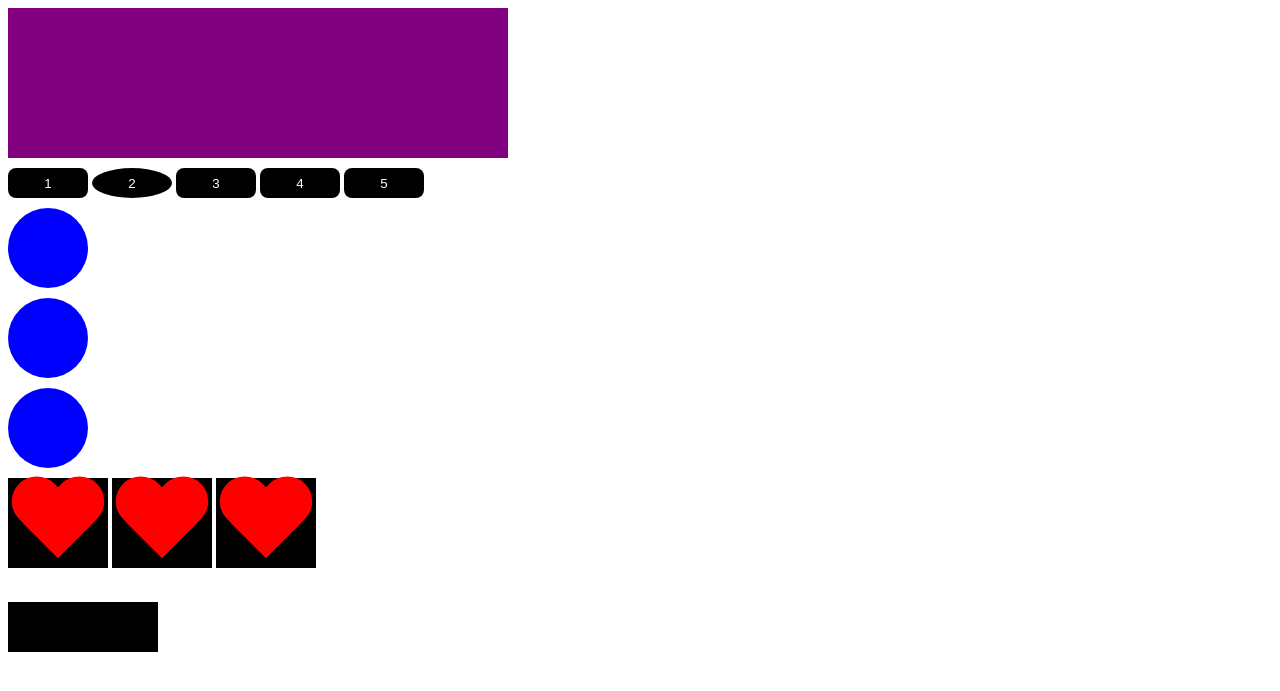
Repository: armus503/First_homework
Page: index2.html
The author's editor kept a copy of each file at every save. The page is drawn from the files as they stood at one save, then again after the next save.
The browser window is 1280 px wide. The pictures show the whole page.

Above is the page before, as saved 2021-08-26 20:33:14.

After the next save:
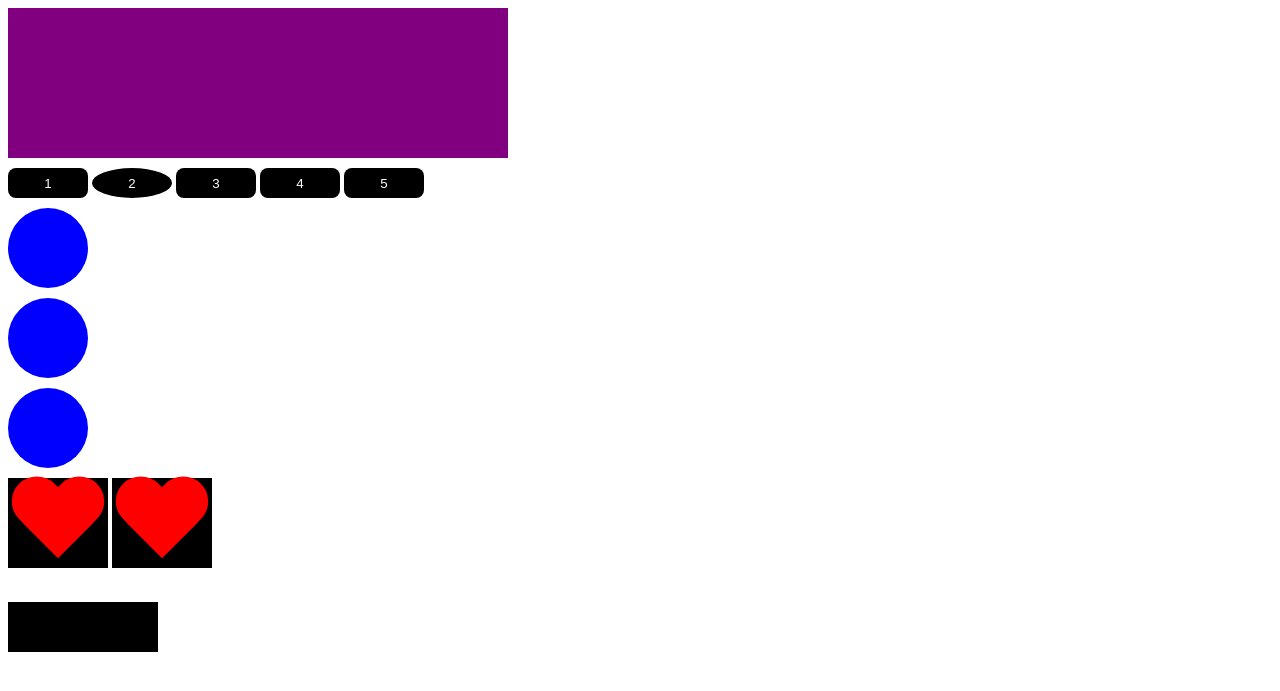
Saved 3 min 58 s later.
--- a/script2.js
+++ b/script2.js
@@ -66,3 +66,6 @@ document.body.append(div); //вставить в конец тега body эле
 
 //5)метод remove
 //circles[0].remove(); //удалить первый элемент из circles
+
+//6)метод replaceWith
+hearts[0].replaceWith(circles[0]);

After the save that followed:
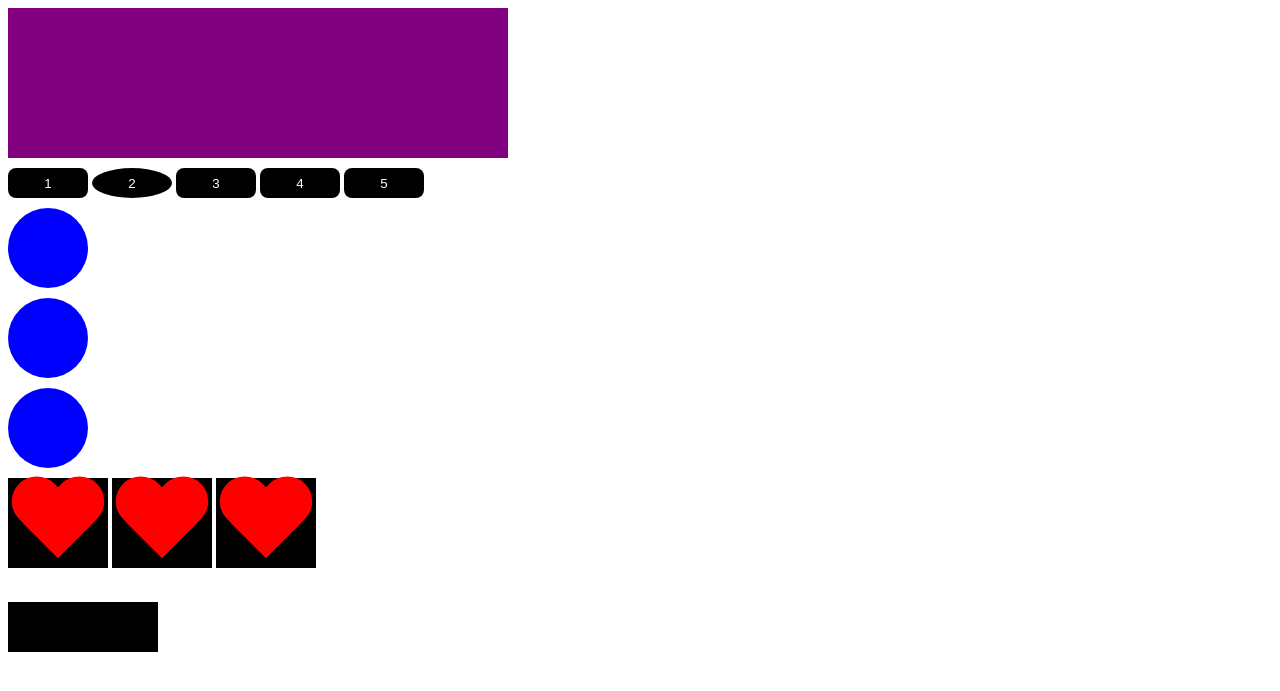
Saved 107 s later.
--- a/script2.js
+++ b/script2.js
@@ -68,4 +68,4 @@ document.body.append(div); //вставить в конец тега body эле
 //circles[0].remove(); //удалить первый элемент из circles
 
 //6)метод replaceWith
-hearts[0].replaceWith(circles[0]);
+//hearts[0].replaceWith(circles[0]); //заменить первый элем из hearts на первый элем из circles
